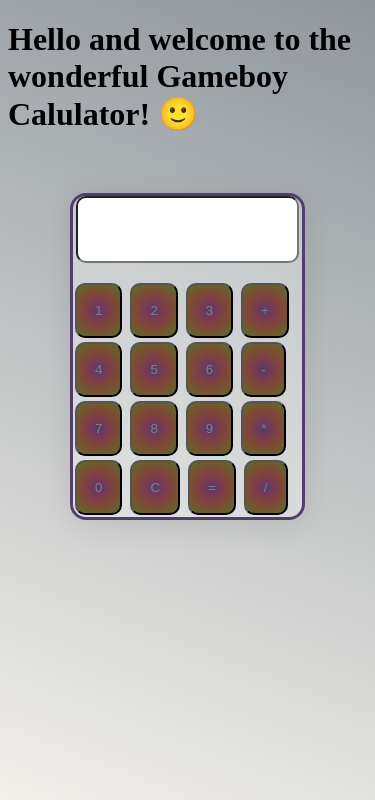
Repository: CrazyPaine/GameBoy-Calculator
Page: index.html
The author's editor kept a copy of each file at every save. The page is drawn from the files as they stood at one save, then again after the next save.
The browser window is 375 px wide. The pictures show the whole page.

Above is the page before, as saved 2024-02-04 19:50:54.

### index.html
<!DOCTYPE html>
<html lang="en">
<head>
    <meta charset="UTF-8">
    <meta name="viewport" content="width=device-width, initial-scale=1.0">
    <link rel="stylesheet" type="text/css" href="styles.css">
    <script src="calculator.js"></script>
    <title>GameBoy Calculator</title>
</head>

<body>
    <h1 class = "Intro">Hello and welcome to the wonderful Gameboy Calulator! &#128578;</h1>
    <br>
    <div class = 'calculator'>
        <input type="text"id="display" readonly>
       <br>
            <button onclick="appendToDisplay('1')" class = "button">1</button>
            <button onclick="appendToDisplay('2')" class = "button">2</button>
            <button onclick="appendToDisplay('3')" class = "button">3</button>
            <button onclick="appendToDisplay('+')" class = "button">+</button>
            <br>
            <button onclick="appendToDisplay('4')" class = "button">4</button>
            <button onclick="appendToDisplay('5')" class = "button">5</button>
            <button onclick="appendToDisplay('6')" class = "button">6</button>
            <button onclick="appendToDisplay('-')" class = "button">-</button>
            <br>
            <button onclick="appendToDisplay('7')" class = "button">7</button>
            <button onclick="appendToDisplay('8')" class = "button">8</button>
            <button onclick="appendToDisplay('9')" class = "button">9</button>
            <button onclick="appendToDisplay('*')" class = "button">*</button>
            <br>
            <button onclick="appendToDisplay('0')" class = "button">0</button>
            <button onclick="clearDisplay()" class = "button">C</button>
            <button onclick="calculateResult()" class = "button">=</button>
            <button onclick="appendToDisplay('/')" class = "button">/</button>
            <br>

    </div>
</body>
</html>

### styles.css
/******************************************
/* CSS
/*******************************************/


/* Box Model Hack */
* {
    box-sizing: border-box;
}



/******************************************
/* LAYOUT
/*******************************************/
@media (max-width: 600px) {
    .calculator {
        width: 80%;
        margin: 0 auto;
    }

html {
    height: 100%;
}

title {
    text-align: left;
    font-size: 5px;
}

body {
    background: rgb(143, 151, 157);
     background: linear-gradient(201deg, rgba(143, 151, 157, 1) 0%, rgba(242, 240, 235, 1) 100%);
}

#display{
    border-radius: 10px;
    display: flex;
    align-items:center;
    justify-content: center;
    padding: 24px;
    width: 97%;
    height: 56%;
    margin:auto;
}

.calculator {
    border: 3px solid #533D6B;
    border-radius: 10px;
    width:fit-content;
    background: rgba(255, 255, 255, 0.32);
    border-radius: 16px;
    box-shadow: 0 4px 30px rgba(0, 0, 0, 0.1);
    backdrop-filter: blur(1.7px);
    -webkit-backdrop-filter: blur(1.7px);
    height: fit-content;
    margin: 20px auto;
}

.button {
    background-image: radial-gradient(circle, #533d6b, #773a53, #7f4639, #71592d, #556b3d);
    border-radius: 10px;
    color: #808080;
    padding: 18px;
    min-height: fit-content;
    max-width: fit-content;
    margin: 2px;
}


img {
    display: block;
    margin: 0 auto;
    width: 25%;
}


/******************************************
/* ADDITIONAL STYLES
/*******************************************/

### calculator.js
/*
! Hey there welcome to my Calculator. This is where I will be doing my calculations on here.
*/

function calculateResult() {
    try {
        const inputExpression = document.getElementById('display').value;

        if (!isValidExpression(inputExpression)) {
            throw new Error('Invalid expression');
        }

        const result = eval(inputExpression);

        if (!isValidResult(result)) {
            throw new Error('Invalid result');
        }

        // Save the expression and result to the history log
        saveToHistory(inputExpression, result);

        document.getElementById('display').value = result;
    } catch (error) {
        document.getElementById('display').value = 'Error: ' + error.message;
    }
}

// Function to handle decimal point
function addDecimalPoint() {
    const currentDisplayValue = document.getElementById('display').value;

    // Check if the current value already contains a decimal point or ends with an operator
    if (!currentDisplayValue.includes('.') && !endsWithOperator(currentDisplayValue)) {
        document.getElementById('display').value += '.';
    }
}

// Helper function to check if the expression is valid
function isValidExpression(expression) {
    // Add your validation logic here
    return /^[0-9+\-*/().\s]+$/.test(expression);
}

// Helper function to check if the result is valid
function isValidResult(result) {
    // Add your validation logic here
    return isFinite(result);
}

// Helper function to check if the expression ends with an operator
function endsWithOperator(expression) {
    const operators = ['+', '-', '*', '/'];
    const lastChar = expression.trim().slice(-1);

    return operators.includes(lastChar);
}

After the next save:
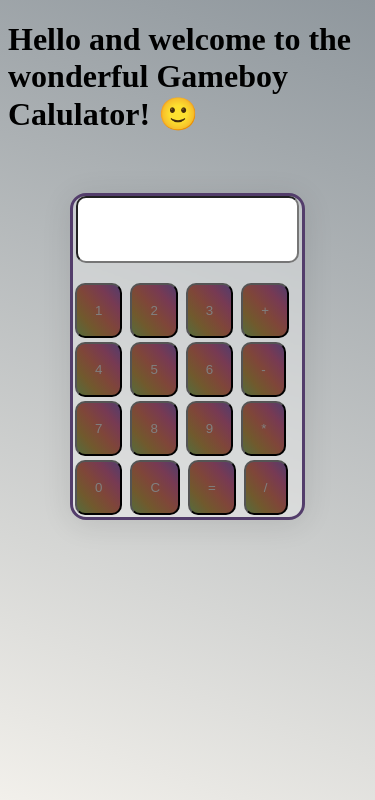
Saved 3 min 50 s later.
--- a/styles.css
+++ b/styles.css
@@ -58,7 +58,7 @@ body {
 }
 
 .button {
-    background-image: radial-gradient(circle, #533d6b, #773a53, #7f4639, #71592d, #556b3d);
+    background-image: linear-gradient(to left bottom, #533d6b, #773a53, #7f4639, #71592d, #556b3d);
     border-radius: 10px;
     color: #808080;
     padding: 18px;
